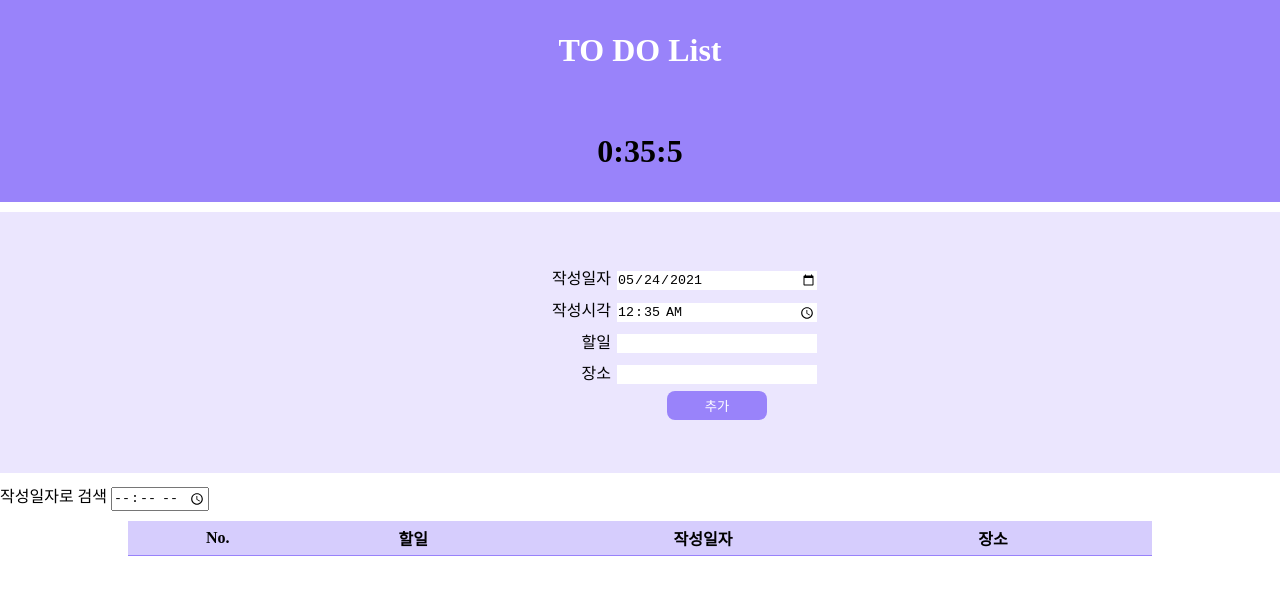
Repository: soyeon-noh/TodoList_Project
Page: http://localhost/Server_PR_TodoList/
These files come from the project's save history. The page is drawn as it stood at one moment and after the next save; the edit follows.
The browser window is 1280 px wide. The pictures show the whole page.
The page is served by Tomcat 9. Queries for data that is not in the repository find no rows.

Above is the page before, as saved 2021-05-25 04:57:57.

After the next save:
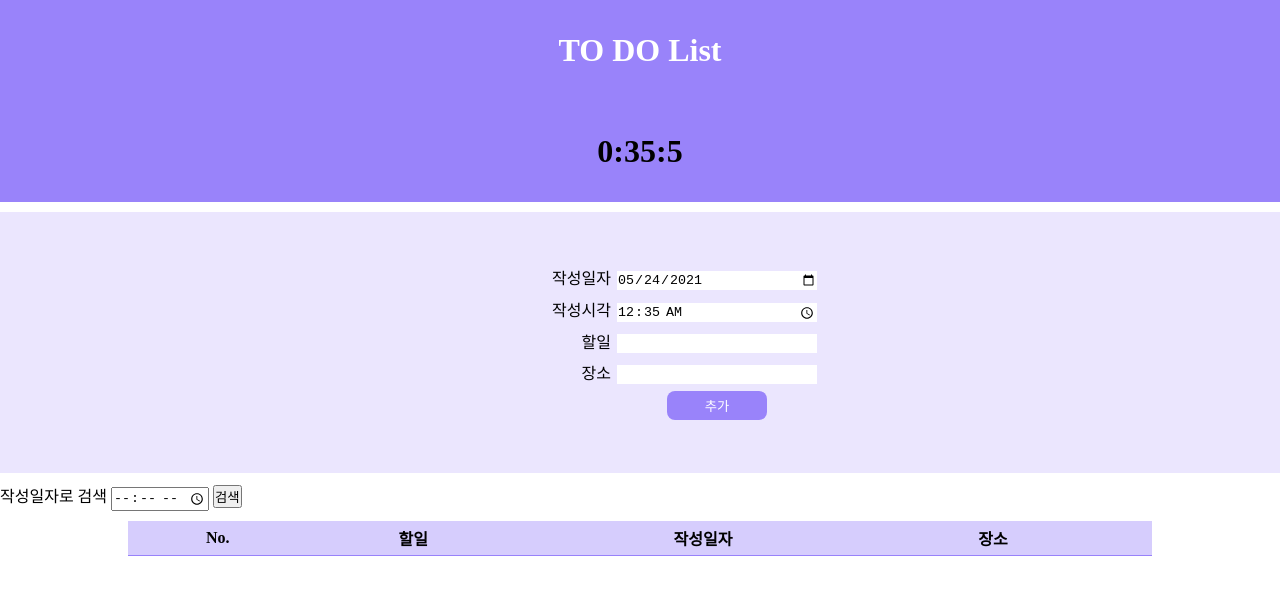
Saved 49 s later.
--- a/Server_PR_TodoList/src/main/webapp/WEB-INF/views/home.jsp
+++ b/Server_PR_TodoList/src/main/webapp/WEB-INF/views/home.jsp
@@ -52,6 +52,7 @@
     <div class="select">
     	<label for="place">작성일자로 검색</label>
     	<input name="td_place" type="time">
+    	<button type="button">검색</button>
     </div>
 
     <table id="tdlist">
